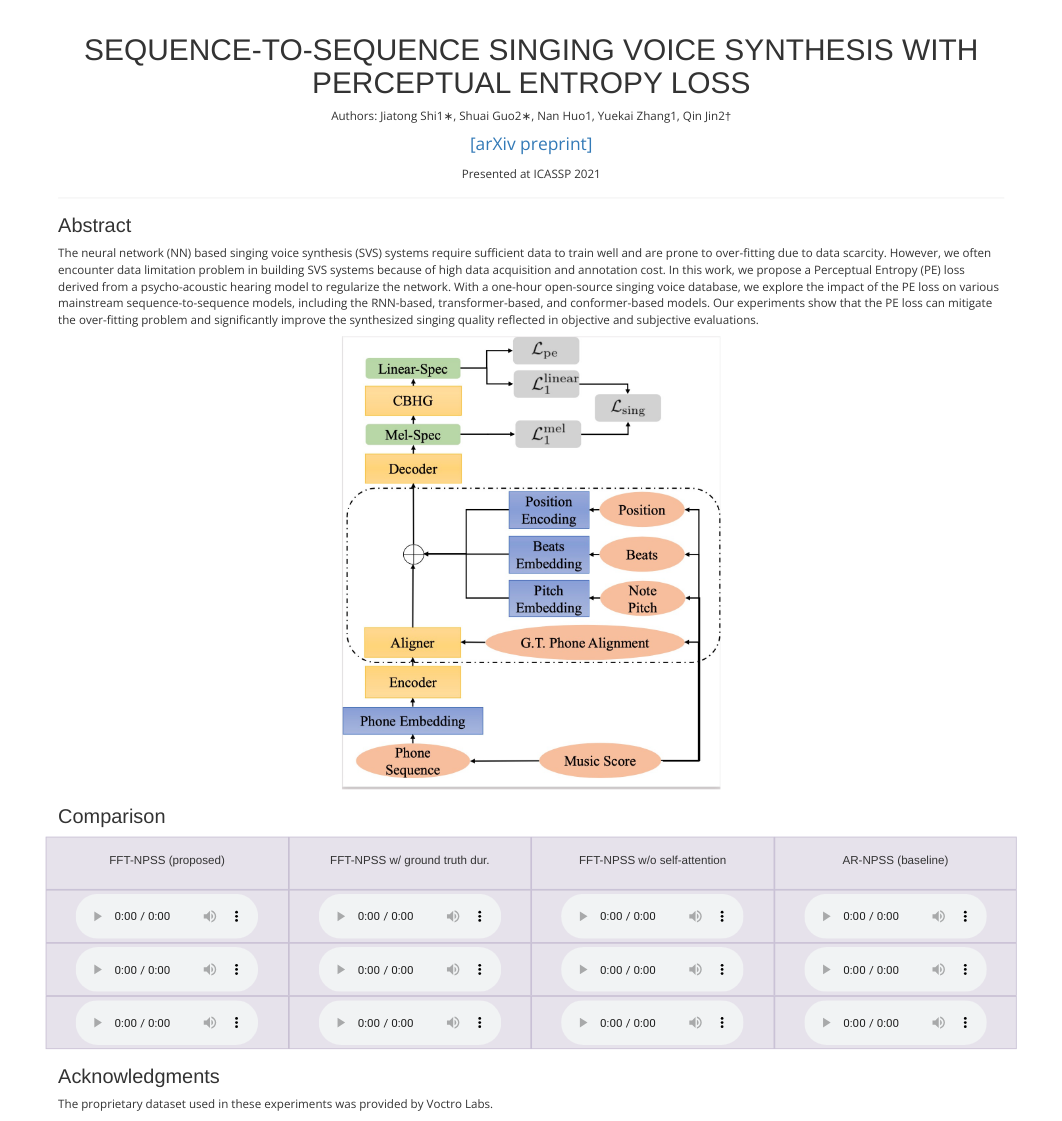
Repository: PeterGuoRuc/SVS_pe.github.io
Page: index.html
The author's editor kept a copy of each file at every save. The page is drawn from the files as they stood at one save, then again after the next save.
The browser window is 1280 px wide. The pictures show the whole page, at 83% of full size.

Above is the page before, as saved 2021-06-06 16:44:55.

After the next save:
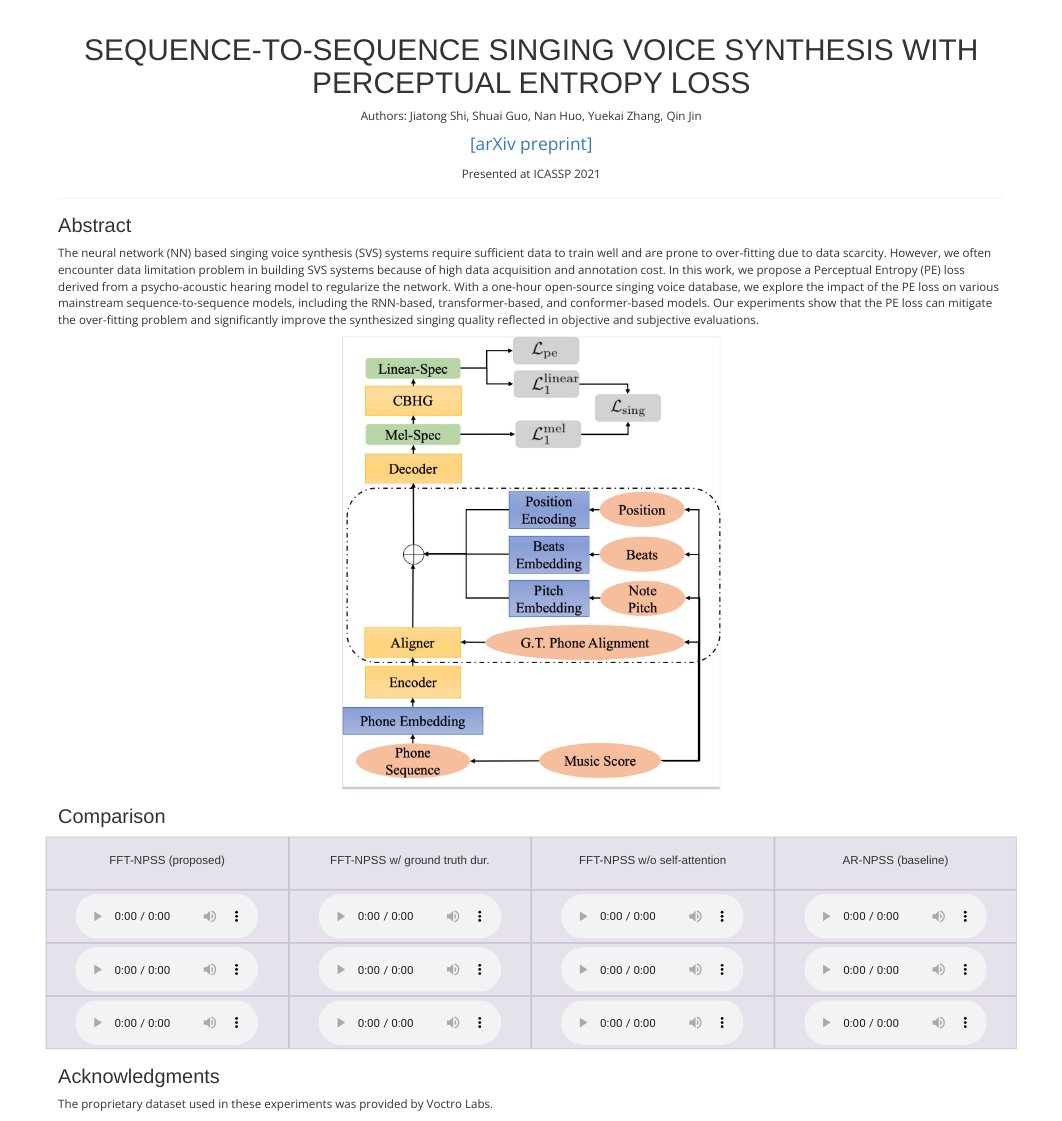
Saved 16 s later.
--- a/index.html
+++ b/index.html
@@ -42,7 +42,7 @@
         <h1>
           SEQUENCE-TO-SEQUENCE SINGING VOICE SYNTHESIS WITH PERCEPTUAL ENTROPY LOSS
         </h1>
-        <p class="centered">Authors: Jiatong Shi1∗, Shuai Guo2∗, Nan Huo1, Yuekai Zhang1, Qin Jin2†</p>
+        <p class="centered">Authors: Jiatong Shi, Shuai Guo, Nan Huo, Yuekai Zhang, Qin Jin</p>
         <p class="lead">
           <a class="lead_link" href="https://arxiv.org/abs/2010.12024">[arXiv preprint]</a>
         </p>
